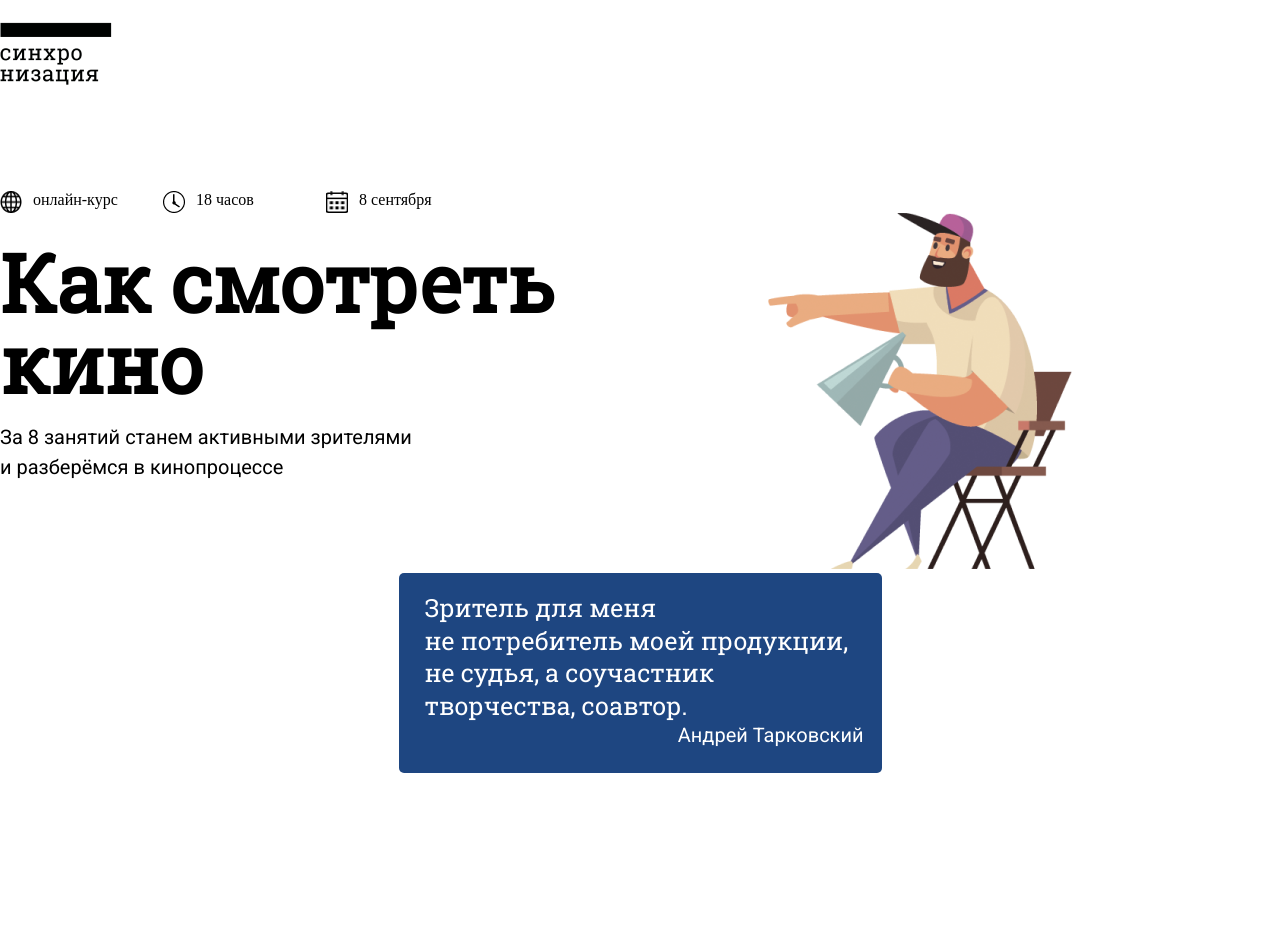
Repository: NatiqSamiyev/fiqma-task-top
Page: index.html
The author's editor kept a copy of each file at every save. The page is drawn from the files as they stood at one save, then again after the next save.
The browser window is 1280 px wide. The pictures show the whole page.

Above is the page before, as saved 2023-08-16 15:29:55.

### index.html
<!DOCTYPE html>
<html lang="en">
  <head>
    <meta charset="UTF-8" />
    <meta name="viewport" content="width=device-width, initial-scale=1.0" />
    <link rel="stylesheet" href="index.css" />
    <title>Document</title>
  </head>
  <body>
    <div class="container">
      <img src="./images/logo_mobile_black 1.png" alt="" />

      <ul>
        <li>
          <img src="./images/globe.png" alt="" />
          <p>онлайн-курс</p>
        </li>

        <li>
          <img src="./images/img_135744.png" alt="" />
          <p>18 часов</p>
        </li>

        <li>
          <img src="./images/calendar_2.png" alt="" />
          <p>8 сентября</p>
        </li>
      </ul>

      <div class="top-container">
        <div class="box-1">
          <h1>Как смотреть кино</h1>
          <br />
          <p>
            За 8 занятий станем активными зрителями<br />
            и разберёмся в кинопроцессе
          </p>
        </div>

        <div class="box-2">
          <img src="./images/noroot 1.png" alt="" />
        </div>
      </div>

      <div class="bottum-container">
        <p>
          Зритель для меня
          <br />не потребитель моей продукции, не судья, а соучастник
          творчества, соавтор.
        </p>

        <h2>Андрей Тарковский</h2>
      </div>
    </div>
  </body>
</html>

### index.css
@import url("https://fonts.googleapis.com/css2?family=Roboto+Slab&family=Roboto:wght@400;700&display=swap");
* {
  margin: 0;
  padding: 0;
  box-sizing: border-box;
}

.container {
  width: 100%;
  padding: 21px 0 173px 0;
}

.container ul {
  margin-top: 100px;
  display: flex;
  list-style-type: none;
}

.container ul img {
  width: 22px;
  height: 22px;
}

.container ul li p {
  width: 130px;
  margin-left: 11px;
}

.container ul li {
  display: flex;
  justify-content: space-between;
}

.top-container {
  display: flex;
}

.box-1 {
  width: 628px;
  margin: 29px 0px 0 0;
}

.box-1 h1 {
  color: #000;
  font-family: Roboto Slab;
  font-size: 80px;
  font-style: normal;
  font-weight: 700;
  line-height: 101.385%;
}

.box-1 p {
  color: #000;
  font-family: Roboto;
  font-size: 20px;
  font-style: normal;
  font-weight: 400;
  line-height: 150%;
}

.box-2 {
  margin-left: 140px;
}

.box-2 img {
  width: 304px;
  height: 356px;
}

.bottum-container {
  padding: 19px 18px 0 26px;
  width: 483px;
  height: 200px;
  margin-top: 87px ;
  margin: auto;
  border-radius: 5px;
  background: #1e4681;
}

.bottum-container p {
  color: #fff;
  font-family: Roboto Slab;
  font-size: 25px;
  font-style: normal;
  font-weight: 400;
  line-height: 130%;
}

.bottum-container h2 {
  color: #fff;
  text-align: right;
  font-family: Roboto;
  font-size: 20px;
  font-style: normal;
  font-weight: 400;
  line-height: 130%;
}

After the next save:
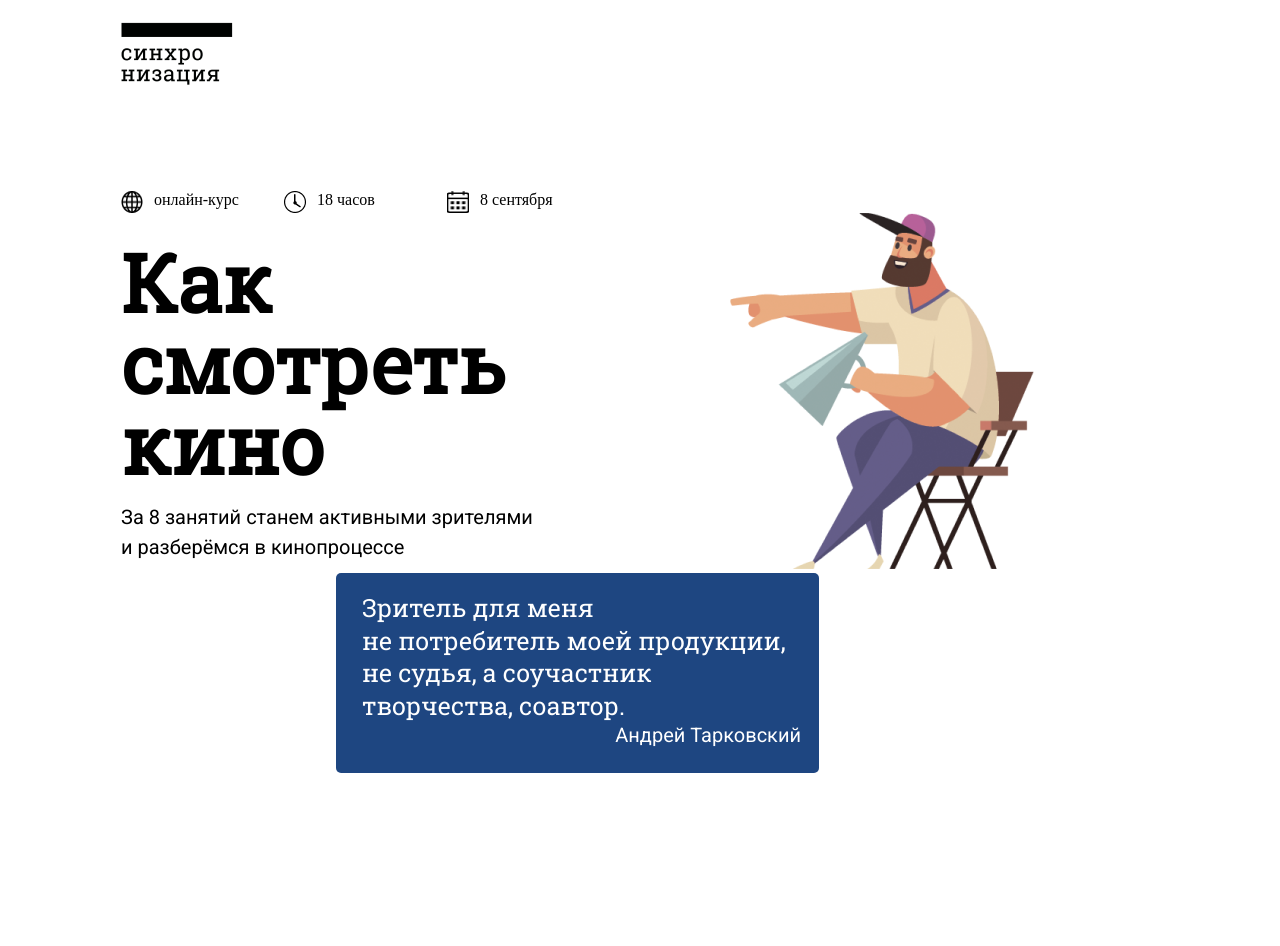
Saved 29 s later.
--- a/index.css
+++ b/index.css
@@ -7,7 +7,7 @@
 
 .container {
   width: 100%;
-  padding: 21px 0 173px 0;
+  padding: 21px 246px 173px 121px;
 }
 
 .container ul {
